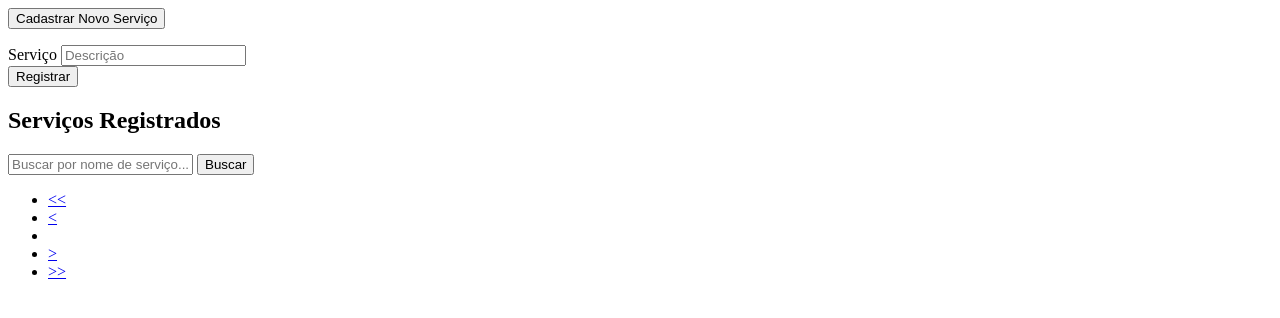
Repository: DanielGMT/AutoCenter-2.0
Page: http://localhost/Biblioteca/resources/admin/autor/content.jsp
The author's editor kept a copy of each file at every save. The page is drawn from the files as they stood at one save, then again after the next save.
The browser window is 1280 px wide. The pictures show the whole page.
The page is served by Tomcat 9. Other server files are loaded and not shown.

Above is the page before, as saved 2022-03-08 19:58:43.
Console error: ReferenceError: SENAI is not defined

### Biblioteca/WebContent/resources/admin/autor/content.jsp
<script type="text/javascript" src="autor/js/autor.js"></script>

<div id="cadastrarAutor">
	<p>
		<button class="btn btn-primary" id="downButton" type="button"
			data-toggle="collapse" data-target="#collapseExample"
			aria-expanded="false" aria-controls="collapseExample">
			Cadastrar Novo Serviço <span class="caret"></span>
		</button>
	</p>
</div>
<div class="collapse" id="collapseExample">
	<form>
		<div class="form-group">
			<label for="exampleInputEmail1">Serviço</label> <input
				class="form-control" id="inputname" placeholder="Descrição">
		</div>
		<div id="entrar">
			<button type="button" id="add-new"
				onclick="SENAI.biblioteca.cadastrarServico()" class="btn btn-primary">Registrar</button>
		</div>
	</form>
</div>
<div class="table-wrapper">
	<div class="col-md-12">
		<h2 class="pt-3 pb-4 text-center font-bold font-up deep-purple-text">Serviços
			Registrados</h2>
		<div id="divBusca">
			<input type="text" class='form-control' id="searchBar" placeholder="Buscar por nome de serviço..." />
			<button id="searchButton" OnClick="SENAI.biblioteca.buscarAutor()">Buscar</button>
		</div>
	</div>
	<div class="resultadoAutores"></div>
<ul class="pagination">
    <li class="page-item">
      <a class="first" href="#"><<</a>
    </li>
    <li class="page-item">
      <a class="prev" href="#"><</a>
    </li>
   <li class="numbers">

   </li>
    <li class="page-item">
      <a class="next" href="#">></a>
    </li>
    <li class="page-item">
      <a class="last" href="#">>></a>
    </li>
  </ul>
	<div class="clearfix">
		<div class="hint-text"></div>

	</div>
</div>
<div id="editarServico" style="display: none">
	<label>Serviço:</label> <input id="servicoEdit" class='form-control' name="servico" type="text">
	<input name="idServico" id="idAutorEdit" type="hidden">
	<label>Marca:</label> <input id="marcaEdit" class='form-control' name="marca" type="text">
	<input name="idMarca" id="idMarcaEdit" type="hidden">
	<label>Modelo:</label> <input id="modeloEdit" class='form-control' name="modelo" type="text">
	<input name="idModelo" id="idModeloEdit" type="hidden">
	<label>Placa:</label> <input id="placaEdit" class='form-control' name="placa" type="text">
	<input name="idPlaca" id="idPlacaEdit" type="hidden">
	<label>Valor:</label> <input id="valorEdit" class='form-control' name="valor" type="text">
	<input name="idValor" id="idValorEdit" type="hidden">
</div>

<div id="msg" style="display: none"></div>

### Biblioteca/WebContent/resources/admin/autor/js/autor.js
SENAI.biblioteca = new Object();

$(document)
		.ready(
				function() {
					SENAI.biblioteca.cadastrarServico = function() {

						var novoAutor = new Object();
						novoAutor.nome = $("#inputname").val();

						var cfgajax = {
							url : "../../rest/bibliotecaRest/addAutor",
							data : novoAutor,

							success : function(msg) {
								var cfg = {
									title : "Mensagem",
									height : 250,
									width : 400,
									modal : true,
									buttons : {
										"OK" : function() {
											$(this).dialog("close");
										}
									}
								};
								$("#msg").html(msg);
								$("#msg").dialog(cfg);

								SENAI.biblioteca.buscarAutor();
							},

							error : function(err) {
								alert("Erro ao cadastrar um novo autor!"
										+ err.responseText);
							}

						};

						SENAI.ajax.post(cfgajax);
					};

					SENAI.biblioteca.buscarAutor = function() {
						var valorBusca = $("#searchBar").val();
						SENAI.biblioteca.exibirAutores(undefined, valorBusca);
					};


					SENAI.biblioteca.exibirAutores = function(listaDeAutores,
							valorBusca) {
						var search = document.getElementById("searchBar");
						search.addEventListener("keyup", function(event) {
						  if (event.keyCode === 13) {
						   event.preventDefault();
						   document.getElementById("searchButton").click();
						  }
						});
						var html = "<table class='table table-bordered'>";
						html += "<tr><th>Nome</th><th id='acao'>Ações</th></tr>";
						if (listaDeAutores != undefined
								&& listaDeAutores.length > 0) {

							let perPage = 12
							const state = {
							  page: 1,
							  perPage,

							  totalPage: Math.ceil(listaDeAutores.length / perPage),
							  maxVisibleButtons: 5
							}

						 const html = {
									get(element){
										return document.querySelector(element)
									}
							}






							const controls = {
							  next(){
							    state.page++

							    const lastPage = state.page > state.totalPage
							    if(lastPage) {
							    	state.page--
							    }
							  },
							  prev(){
								  state.page--
								  if(state.page < 1){
									  state.page++
								  }
							  },
							  goTo(page){
								 state.page = +page
							   },

							  createListeners() {


								  html.get('.next').addEventListener('click', () => {
									  controls.next()
									  update()
								  })

								  html.get('.prev').addEventListener('click', () => {
									  controls.prev()
									  update()
								  })

								 html.get('.last').addEventListener('click', () => {
									  controls.goTo(state.totalPage)
									  update()
								  })

								  html.get('.first').addEventListener('click', () => {
									  controls.goTo(1)
									  update()
								  })}


							}

							var str1 = "";

							var n = "";
							var date = new Date();
							var str2 = new Date();
							var dd = String(str2.getDate()).padStart(2, '0');
							var mm = String(str2.getMonth() + 1).padStart(2, '0'); //January is 0!
							var yyyy = str2.getFullYear();

							const list = {

									create(item){

										html.get('.fleinin').innerHTML += "<tr><td>"
											+ item.nome
											+ "</td>"
											+ "<td><a class = 'edit' onclick = 'SENAI.biblioteca.editarAutor("
											+ item.id
											+ "); '>"
											+ "<i class='glyphicon glyphicon-pencil'></i></a>"
											+ "<a class = 'delete' onclick = 'SENAI.biblioteca.deletarAutor("
											+ item.id
											+ ")'>"
											+ "<i class='glyphicon glyphicon-trash'></i></a></td></tr>";


							},
							createTable(){
								const table = document.createElement('table')
								table.classList.add('table')
								table.classList.add('table-bordered')

								table.innerHTML += "<tbody class ='fleinin'><tr><th>Nome</th><th>Ações</th></tr>"
								+ "</tbody>";
								html.get('.resultadoAutores').appendChild(table);
							},
							update(){

								 html.get('.resultadoAutores').innerHTML = ""
									 list.createTable()
								let page = state.page - 1
								let start = page * state.perPage
								let end = start + state.perPage
								const paginatedItems = listaDeAutores.slice(start, end)

								paginatedItems.forEach(list.create);
							 }

					 	}

						const buttons = {
								element: html.get('.pagination .numbers'),
								create(number) {
									const button = document.createElement('a')

									button.innerHTML = number;

									if(state.page == number){
										button.classList.add('active')
									}

									button.addEventListener('click', (event) => {
										const page = event.target.innerText

										controls.goTo(page)
										update()
									})

									buttons.element.appendChild(button)
								},
								update() {
									buttons.element.innerHTML = ""
										const {maxLeft, maxRight} = buttons.calculateMaxVisible()


										for(let page = maxLeft; page<=maxRight; page++){
											buttons.create(page)
										}
								},
								calculateMaxVisible(){
									const { maxVisibleButtons } = state
									let maxLeft = (state.page - Math.floor(maxVisibleButtons / 2))
									let maxRight = (state.page + Math.floor(maxVisibleButtons / 2))
								 if(maxLeft < 1){
									 maxLeft = 1
									 maxRight = maxVisibleButtons
								 }
									if(maxRight > state.totalPage){
										maxLeft = state.totalPage - (maxVisibleButtons - 1)
										maxRight = state.totalPage

										if(maxLeft < 1){
											maxLeft = 1
										}
									}

									return {maxLeft, maxRight}
								}
						}

						function update() {
							list.update()
					 		buttons.update()
					 	}

					 	function init(){
					 		update()
					 		controls.createListeners()
					 	}

					 	init();


						} else {
							if (listaDeAutores == undefined) {
								if (valorBusca == "") {
									valorBusca = null;
								}
								var cfg = {
									type : "POST",
									url : "../../rest/bibliotecaRest/buscarAutoresPorNome/"
											+ valorBusca,
									success : function(listaDeAutores) {
										SENAI.biblioteca
												.exibirAutores(listaDeAutores);
									},
									error : function(err) {
										alert("Erro ao consultar os autores: "
												+ err.responseText);
									}
								};

								SENAI.ajax.post(cfg);
							} else {
								const html = {
										get(element){
											return document.querySelector(element)
										}
								}
								html.get('.resultadoAutores').innerHTML = "<span><label><font color='red'> Nenhum registro encontrado. </font></label></span>";

							}
						}

					};

					SENAI.biblioteca.exibirAutores(undefined, "");

					SENAI.biblioteca.deletarAutor = function(id) {
						msg = "Tem certeza que deseja excluir este autor?"
							var cfg = {
									title : "Mensagem",
									height : 250,
									width : 400,
									modal : true,
									buttons : {
										"Não" : function() {
											$(this).dialog("close");
										},
										"Sim" : function(){
											var cfg = {
												type : "POST",
												url : "../../rest/bibliotecaRest/deletarAutor/"
														+ id,
												success : function(msg) {
													var qtLinhas = $("#resultadoAutores tr").length;
													$(this).parents("tr").remove();
													$("#add-new").removeAttr("disabled");
													var cfg = {
														title : "Mensagem",
														height : 250,
														width : 400,
														modal : true,
														buttons : {
															"OK" : function() {
																$(this).dialog("close");
															}
														}
													};

													$("#msg").html(msg);
													$("#msg").dialog(cfg);

													SENAI.biblioteca.buscarAutor();
												},
												error : function(err) {
													alert("Erro: "
															+ err.responseText);
												}
											};
											SENAI.ajax.post(cfg);
										}
									}
								};
						$("#msg").html(msg);
						$("#msg").dialog(cfg);
					}

					SENAI.biblioteca.editarAutor = function(id) {
						var cfg = {
							type : "POST",
							url : "../../rest/bibliotecaRest/buscarAutorPeloId/"
									+ id,
							success : function(autor) {
								$("#nomeEdit").val(autor.nome);
								$("#idAutorEdit").val(autor.id);
								SENAI.biblioteca.exibirEdicao(autor);
							},
							error : function(err) {
								alert("Erro ao editar o autor!"
										+ err.responseText);
							}
						};
						SENAI.ajax.post(cfg);
					};


					SENAI.biblioteca.exibirEdicao = function(autor) {
						var cfg = {
							title : "Editar Autor",
							height : 180,
							width : 550,
							modal : true,
							buttons : {
								"Cancelar" : function() {
									$(this).dialog("close");
								},

								"Salvar" : function() {
									var dialog = this;
									var autor = new Object();
									autor.id = $("#idAutorEdit").val();
									autor.nome = $("#nomeEdit").val();

									var cfg = {
										type : "POST",
										url : "../../rest/bibliotecaRest/editarAutor",
										data : autor,

										success : function(msg) {
											$(dialog).dialog("close");
											var cfg = {
												title : "Mensagem",
												height : 250,
												width : 400,
												modal : true,
												buttons : {
													"OK" : function() {
														$(this).dialog("close");
													}
												}
											};
											$("#msg").html(msg);
											$("#msg").dialog(cfg);

											SENAI.biblioteca.buscarAutor();
										},
										error : function(err) {
											alert("Erro ao editar o autor "+ err.responseText);
										}
									};

									SENAI.ajax.post(cfg);
								}
							},
							close : function() {
							}
						};
						$("#editarAutor").dialog(cfg);
					};


				});

After the next save:
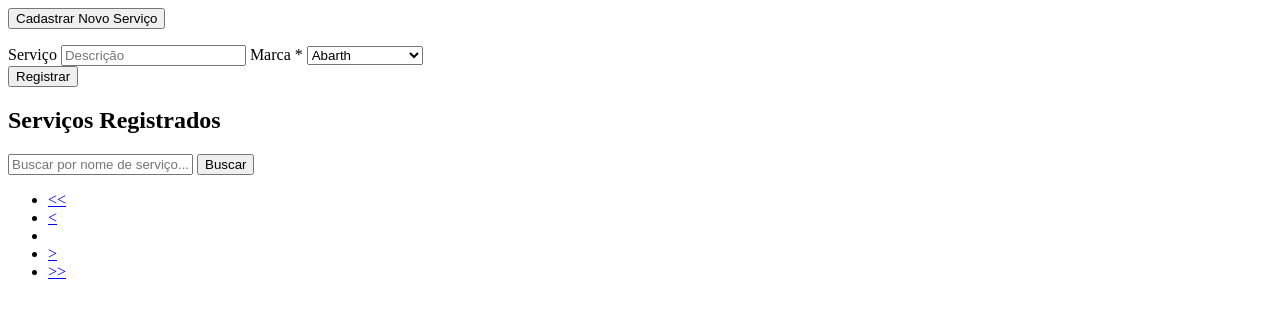
Saved 3 min 55 s later.
--- a/Biblioteca/WebContent/resources/admin/autor/content.jsp
+++ b/Biblioteca/WebContent/resources/admin/autor/content.jsp
@@ -14,6 +14,55 @@
 		<div class="form-group">
 			<label for="exampleInputEmail1">Serviço</label> <input
 				class="form-control" id="inputname" placeholder="Descrição">
+					<label class="control-label" for="nome">Marca *</label>
+				<select class="form-control" name="marca" id="marca" autocomplete="off"
+				minlength="3" maxlength="25" maxlength="25">
+				<option value="Abarth">Abarth</option>
+				<option value="Alfa Romeo">Alfa Romeo</option>
+				<option value="Alpine">Alpine</option>
+				<option value="Aston Martin">Aston Martin</option>
+				<option value="Audi">Audi</option>
+				<option value="Bentley">Bentley</option>
+				<option value="BMW">BMW</option>
+				<option value="Citroën">Citroën</option>
+				<option value="Chevrolet">Chevrolet</option>
+				<option value="Cupra">Cupra</option>
+				<option value="Dacia">Dacia</option>
+				<option value="DS">DS</option>
+				<option value="Ferrari">Ferrari</option>
+				<option value="Fiat">Fiat</option>
+				<option value="Ford">Ford</option>
+				<option value="Hafei">Hafei</option>
+				<option value="Honda">Honda</option>
+				<option value="Hyundai">Hyundai</option>
+				<option value="Jaguar">Jaguar</option>
+				<option value="JEEP">JEEP</option>
+				<option value="KIA">KIA</option>
+				<option value="Lamborghini">Lamborghini</option>
+				<option value="Land Rover">Land Rover</option>
+				<option value="Lexus">Lexus</option>
+				<option value="Lifan">Lifan</option>
+				<option value="Maserati">Maserati</option>
+				<option value="Mazda">Mazda</option>
+				<option value="Mercedes-Benz">Mercedes-Benz</option>
+				<option value="MG">MG</option>
+				<option value="MINI">MINI</option>
+				<option value="Mitsubishi">Mitsubishi</option>
+				<option value="Nissan">Nissan</option>
+				<option value="Opel">Opel</option>
+				<option value="Peugeot">Peugeot</option>
+				<option value="Porsche">Porsche</option>
+				<option value="Renault">Renault</option>
+				<option value="SEAT">SEAT</option>
+				<option value="Skoda">Skoda</option>
+				<option value="Smart">Smart</option>
+				<option value="Suzuki">Suzuki</option>
+				<option value="Subaru">Subaru</option>
+				<option value="TESLA">TESLA</option>
+				<option value="Toyota">Toyota</option>
+				<option value="Volkswagen">Volkswagen</option>
+				<option value="Volvo">Volvo</option>
+			</select>
 		</div>
 		<div id="entrar">
 			<button type="button" id="add-new"
